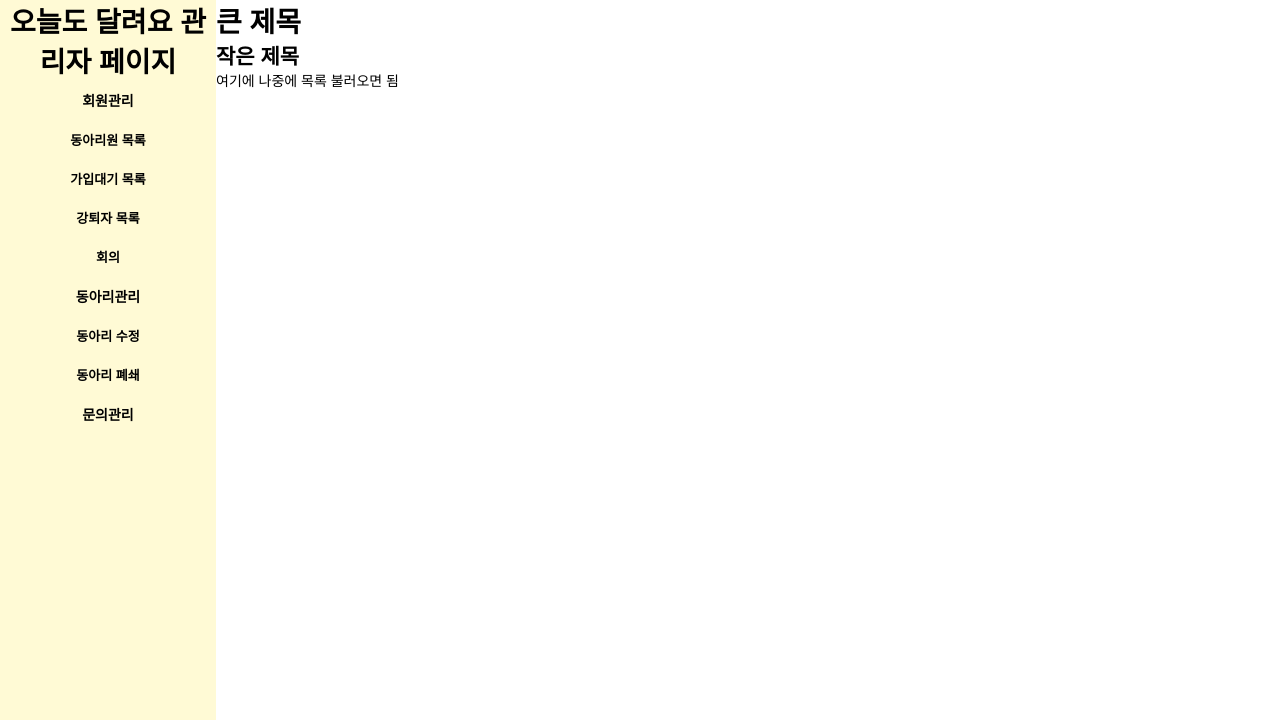
Repository: hyodii/FinalProject
Page: http://localhost/ViewPage/X_beeAdminPageSideTab.jsp
These files come from the project's save history. The page is drawn as it stood at one moment and after the next save; the edit follows.
The browser window is 1280 px wide. The pictures show the whole page.
The page is served by Tomcat 9.

Above is the page before, as saved 2021-12-08 09:04:20.

### ViewPage/WebContent/X_beeAdminPageSideTab.jsp
<%@ page language="java" contentType="text/html; charset=UTF-8"
	pageEncoding="UTF-8"%>
<!DOCTYPE html>
<html>
<head>
<meta charset="UTF-8">
<title>beeAdminPageSideTab.jsp</title>
<style type="text/css">

/*reset*/
* {margin: 0;padding: 0;}
body {margin: 0;}
h1, h2, h3, h4, h5, h6, p, ul, ol, li, dl, dt, dd {margin: 0; padding: 0;}
h1, h2, h3, h4, h5, h6 {font-weight: 700; }
a {color: inherit; text-decoration: inherit;}
img {vertical-align: middle;}
a img {border: none;}
li {list-style: none;}
address, em, i, ul {font-style: normal;}

/*layout*/
.mo {display: none;}
.en {font-family: 'Exo 2', sans-serif;}
body {font-family: 'Noto Sans KR', sans-serif; font-size: 14px;}
.wrap {margin: 0 auto; }
.sidebardiv
{
	list-style-type: none;
	padding: 0px;
	margin: 0px;
	width: 30vh;
	background: #FFFAD5;
	height: 100%;
	overflow: auto;
	position: fixed;
	text-align: center;
}
ul.subSidebar
{
	font-size: small;
}
ul.sidebar, ul.subSidebar
{
	list-style: none;
	padding: 0px;
}
.sidebar li a
{
	text-decoration: none;
	padding: 10px;
	display: block;
	color: #000;
	font-weight: bold;
}

.sidebar li a:hover
{
	background: #ffd34e;
	color: #fff;
}

/* 나중에 여기에 내용 적을 때 적용 css */
.cd1
{
	margin-left: 30vh;
}
</style>

</head>
<body>

<div class="sidebardiv">
	<ul class="sidebar">
		<li><h1>오늘도 달려요 관리자 페이지</h1></li>
		<li><a href="#">회원관리</a>
			<ul class="subSidebar">
				<li><a href="#">동아리원 목록</a></li>
				<li><a href="#">가입대기 목록</a></li>
				<li><a href="#">강퇴자 목록</a></li>
				<li><a href="#">회의</a></li>
			</ul>
		</li>
		<li><a href="#">동아리관리</a>
			<ul class="subSidebar">
				<li><a href="#">동아리 수정</a></li>
				<li><a href="#">동아리 폐쇄</a></li>
			</ul>
		</li>
		<li><a href="#">문의관리</a>
		</li>
	</ul>
</div>



<div class="cd1">
	<h1>큰 제목</h1>
	<h2>작은 제목</h2>
	<p>여기에 나중에 목록 불러오면 됨</p>


</div>

</body>
</html>

After the next save:
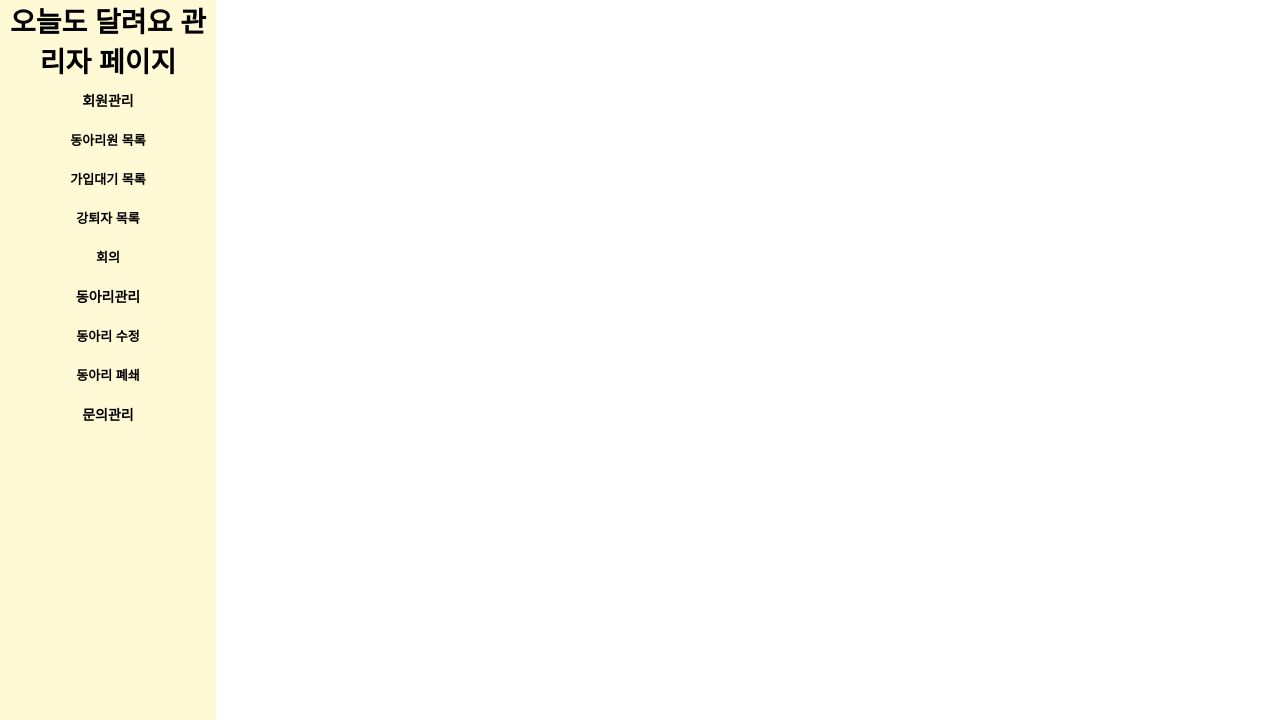
Saved 23 s later.
--- a/ViewPage/WebContent/X_beeAdminPageSideTab.jsp
+++ b/ViewPage/WebContent/X_beeAdminPageSideTab.jsp
@@ -92,14 +92,5 @@ ul.sidebar, ul.subSidebar
 </div>
 
 
-
-<div class="cd1">
-	<h1>큰 제목</h1>
-	<h2>작은 제목</h2>
-	<p>여기에 나중에 목록 불러오면 됨</p>
-
-
-</div>
-
 </body>
 </html>
